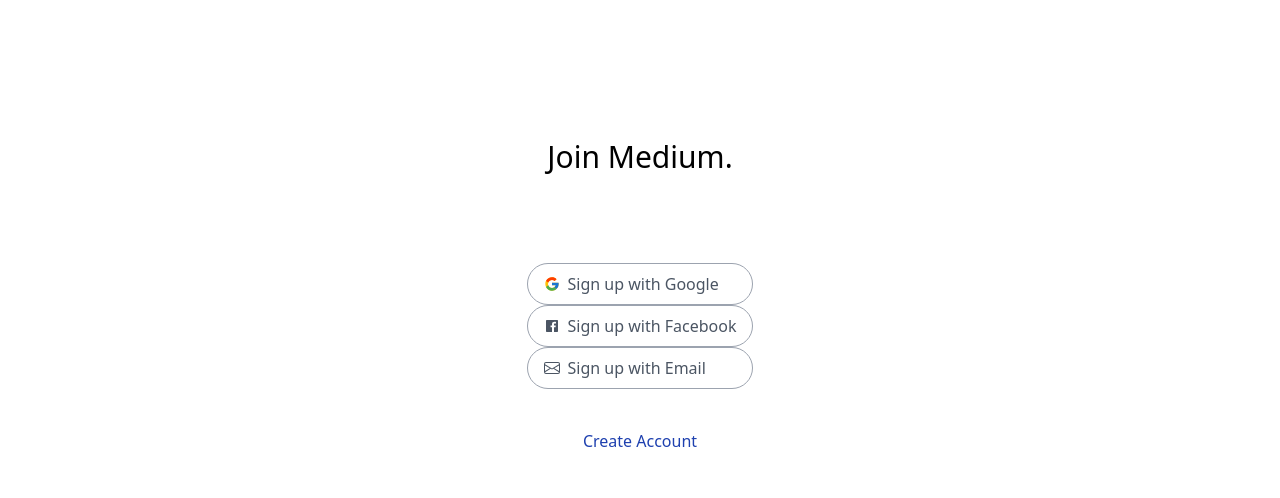
Repository: hisreal123/yt-build
Page: /m/CreateAccount
These files come from the project's save history. The page is drawn as it stood at one moment and after the next save; the edit follows.
The browser window is 1280 px wide. The pictures show the whole page.
The project was rebuilt for these pictures with package versions that can differ from the ones it lists, and the page was loaded fresh each time. The framework's server and built-in components were replaced by stand-ins that run in the browser. Also part of the build but not shown: next.config.js.

Above is the page before, as saved 2022-11-12 14:16:06.

### pages/m/CreateAccount.tsx
import Link from "next/link";
import React from "react";
import { FcGoogle } from "react-icons/fc";
import { IoLogoFacebook } from "react-icons/io";
import { BsEnvelope } from "react-icons/bs";

interface CreateAccountProps {
  changeState: React.MouseEventHandler<HTMLButtonElement> | undefined;
}
function CreateAccount({ changeState }: CreateAccountProps) {
  return (
    <div className="h-screen w-screen flex flex-col justify-center items-center">
      <h2 className=" -translate-y-32 text-3xl font-medium  ">Join Medium.</h2>

      <div className="social -translate-y-10 space-y-3 relative">
        <Link href=" https://medium.com/m/connect/google?state=google-%7Chttps%3A%2F%2Fmedium.com%2Fnew-story%3Fsource%3Dregister-------------------------------------%7Cregister&source=register-------------------------------------">
          <a className="w-full  space-x-2 flex  items-center py-2 px-4 border border-gray-400   rounded-full text-gray-600 hover:text-gray-800 hover:border-gray-600">
            <FcGoogle />
            <p> Sign up with Google</p>
          </a>
        </Link>
        <Link href=" https://medium.com/m/connect/google?state=google-%7Chttps%3A%2F%2Fmedium.com%2Fnew-story%3Fsource%3Dregister-------------------------------------%7Cregister&source=register-------------------------------------">
          <a className=" w-full space-x-2 flex  items-center py-2 px-4 border border-gray-400   rounded-full text-gray-600 hover:text-gray-800 hover:border-gray-600">
            <IoLogoFacebook />
            <p> Sign up with Facebook</p>
          </a>
        </Link>
        <Link href=" https://medium.com/m/connect/google?state=google-%7Chttps%3A%2F%2Fmedium.com%2Fnew-story%3Fsource%3Dregister-------------------------------------%7Cregister&source=register-------------------------------------">
          <a className="w-full space-x-2 flex  items-center py-2 px-4 border border-gray-400  rounded-full text-gray-600 hover:text-gray-800 hover:border-gray-600">
            <BsEnvelope />
            <p> Sign up with Email</p>
          </a>
        </Link>
      </div>

      <div className="btn">

        <button
          onClick={changeState}
          className="text-blue-800 hover:text-blue-900 "
        >
          Create Account
        </button>
      </div>
    </div>
  );
}

export default CreateAccount;

Loaded but not shown: pages/_app.tsx (common file); styles/globals.css (common file); tailwind.config.js (common file)

After the next save:
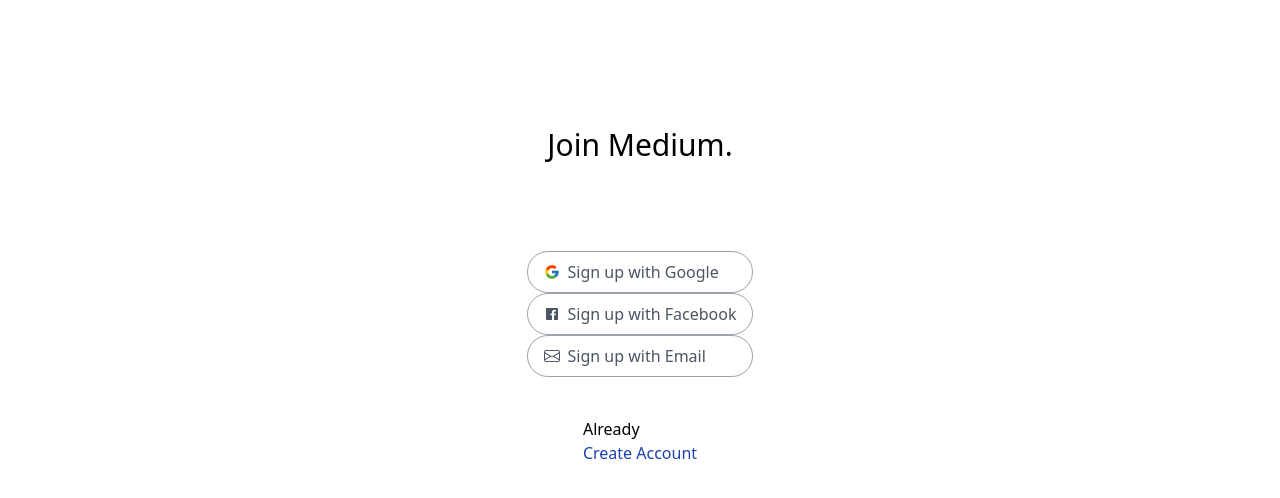
Saved 5 s later.
--- a/pages/m/CreateAccount.tsx
+++ b/pages/m/CreateAccount.tsx
@@ -34,7 +34,7 @@
       </div>
 
       <div className="btn">
-
+        <p> Already</p>
         <button
           onClick={changeState}
           className="text-blue-800 hover:text-blue-900 "
